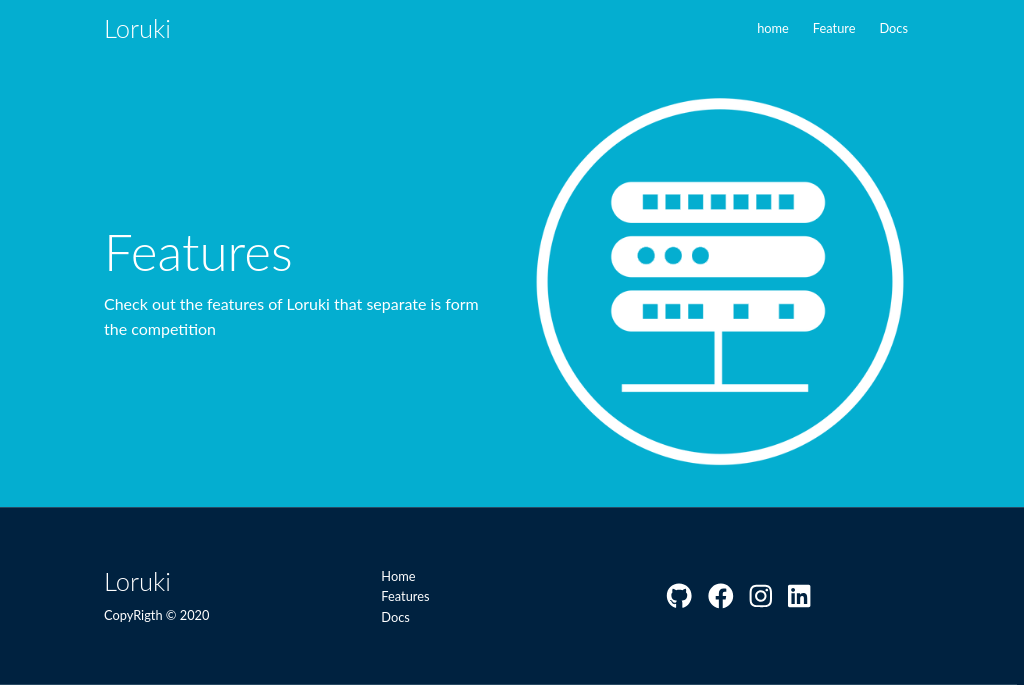
Repository: MosiurRrahman/loruki-app-reactjs
Page: /feature
These files come from the project's save history. The page is drawn as it stood at one moment and after the next save; the edit follows.
The browser window is 1280 px wide. The pictures show the whole page, at 80% of full size.
The project was rebuilt for these pictures with package versions that can differ from the ones it lists, and the page was loaded fresh each time. Also part of the build but not shown: src/components/pages/home/Cli.js, src/components/pages/home/Cloud.js, src/components/pages/home/Languages.js, src/components/pages/home/ShowcaseForm.js, src/components/pages/home/ShowCase.js, src/components/pages/home/Status.js, src/components/pages/home/HomePage.js, src/components/layouts/Main.jsx.

Above is the page before, as saved 2021-10-06 12:05:48.

### src/index.js
import React from 'react';
import ReactDOM from 'react-dom';
import { BrowserRouter, Route, Switch } from 'react-router-dom';
import Layout from './components/app';
import defaultLayout from './components/layouts/Main';
import feature from './components/pages/feature/Feature';
import './index.css';
// import './utilities';






class Root extends React.Component{
  render(){
    return(
      <BrowserRouter basename = {"/"} >
      <Switch>
        <Route exact path = "/home" component={defaultLayout} />
      <Layout>
          <Route path='/feature' component={feature}></Route>
      </Layout>
      </Switch>
      </BrowserRouter>
    );
  }
}




ReactDOM.render(
  <React.StrictMode>
    <Root />
  </React.StrictMode>,
  document.getElementById('root')
);

### src/components/app.jsx
import { Component } from "react";
import Footer from "./common/Footer";
import Header from "./common/Header";

class Layout extends Component {
  render() {
    return (
      <>
        <Header />
        {this.props.children}
        <Footer />
      </>
    );
  }
}
export default Layout;

### src/components/pages/feature/Feature.js
import React, { Component } from 'react';
import Head from './Head';

class Feature extends Component {
    render() {
        return (
            <>
             <Head/>
            </>
        );
    }
}

export default Feature;

### src/index.css
/* all css imported */

@import url("./assets/css/main");
@import url("./assets/css/utilities");

### src/components/common/Footer.jsx
import {
  faFacebook,
  faGithub,
  faInstagram,
  faLinkedin,
} from "@fortawesome/free-brands-svg-icons";
import { FontAwesomeIcon } from "@fortawesome/react-fontawesome";
import { Component } from "react";

class Footer extends Component {
  render() {
    return (
      <>
        <footer className="footer bg-dark py-5">
          <div className="container grid grid-3">
            <div>
              <h1>Loruki</h1>
              <p>CopyRigth &copy; 2020</p>
            </div>
            <nav>
              <ul>
                <li>
                  <a href="index.html">Home</a>
                </li>
                <li>
                  <a href="feature.html">Features</a>
                </li>
                <li>
                  <a href="docs.html">Docs</a>
                </li>
              </ul>
            </nav>
            <div className="social">
              <a href="/home">
                <li className="fa-2x">
                  <FontAwesomeIcon icon={faGithub} />
                </li>
              </a>
              <a href="/home">
                <li className="fa-2x">
                  <FontAwesomeIcon icon={faFacebook} />
                </li>
              </a>
              <a href="/home">
                <li className="fa-2x">
                  <FontAwesomeIcon icon={faInstagram} />
                </li>
              </a>
              <a href="/home">
                <li className=" fa-2x">
                  <FontAwesomeIcon icon={faLinkedin} />
                </li>
              </a>
            </div>
          </div>
        </footer>
      </>
    );
  }
}
export default Footer;

### src/components/common/Header.jsx
import { Component } from "react";
import { Link } from "react-router-dom";

class Header extends Component {
  render() {
    return (
      <>
        <div className="navbar">
          <div className="container flex">
            <h1 className="logo">Loruki</h1>
            <nav>
              <ul>
                <li>
                  {/* <a href="index.html">Home</a> */}
                  <Link to="/home">home</Link>
                </li>
                <li>
                  <Link to="/feature">Feature</Link>
                </li>
                <li>
                  <a href="docs.html">Docs</a>
                </li>
              </ul>
            </nav>
          </div>
        </div>
      </>
    );
  }
}
export default Header;

### src/components/pages/feature/Head.js
import React, { Component } from "react";
import IMAGES from '../../../assets/images/images';
console.log(IMAGES);

class Head extends Component {
  render() {
    return (
      <>
        <section className="features-head bg-primary py-3">
          <div className="container grid">
            <div>
              <h1 className="xl">Features</h1>
              <p className="lead">
                Check out the features of Loruki that separate is form the
                competition
              </p>
            </div>
            <img src={IMAGES.server}alt="" />
          </div>
        </section>
      </>
    );
  }
}

export default Head;

### src/assets/css/main.css
:root {
  --primary-color: #04aed0;
  --secondry-color: #04a1c0;
  --dark-color: #002240;
  --light-color: #f4f4ff;
  --success-color: #5cb85c;
  --error-color: #d9534f;
}

* {
  box-sizing: border-box;
  margin: 0;
  padding: 0;
}

body {
  font-family: "lato", sans-serif;
  color: #333333;
  line-height: 1.6;
}

ul {
  list-style-type: none;
}

a {
  text-decoration: none;
  color: #333333;
}

h1,
h2 {
  font-weight: 300;
  line-height: 1.2;
  margin: 10px 0;
}

p {
  margin: 10px 0;
}

img {
  width: 100%;
}

code,
pre {
  background: #333;
  color: #fff;
  padding: 10px;
}

.hidden {
  visibility: hidden;
  height: 0;
}

/* === navbar style === */

.navbar {
  background-color: var(--primary-color);
  color: #ffffff;
  height: 70px;
}

.navbar .flex {
  justify-content: space-between;
}

.navbar ul {
  display: flex;
}

.navbar ul a {
  padding: 10px;
  margin: 0 5px;
  color: #fff;
  transition: 0.3s;
}

.navbar ul a:hover {
  border-bottom: 2px solid #fff;
}

/* === Showcase style === */

.showcase {
  height: 400px;
  background-color: var(--primary-color);
  color: #fff;
  position: relative;
}

.showcase h1 {
  font-size: 40px;
}

.showcase p {
  margin: 20px 0;
}

.showcase .grid {
  overflow: visible;
  grid-template-columns: 55% 45%;
  gap: 30px;
}

body {
  overflow-x: hidden;
}

.showcase-form {
  position: relative;
  top: 60px;
  height: 350px;
  max-width: 400px;
  padding: 40px;
  z-index: 100;
  animation: slideInFromRight 1s ease-in;
}

.showcase-text {
  animation: slideInFromLeft 1s ease-in;
}

.showcase .form-control {
  margin: 30px 0;
}

.showcase input[type="text"],
.showcase input[type="email"] {
  border: 0;
  border-bottom: 1px solid #b4becb;
  width: 100%;
  padding: 3px;
  font-size: 16px;
}

.showcase-form input:focus {
  outline: none;
}

.showcase::before,
.showcase::after {
  content: "";
  position: absolute;
  height: 100px;
  background: #fff;
  left: 0;
  bottom: -60px;
  right: 0;
  transform: skewY(-3deg);
  --webkit-transform: skewY(-3deg);
  --moz-transform: skewY(-3deg);
  --ms-transform: skewY(-3deg);
}

/* ===stats=== */

.stats {
  padding-top: 100px;
  animation: slideInFromBottom 1s ease-in;
}

.stats-heading {
  max-width: 500px;
  margin: auto;
}

.stats .grid h3 {
  font-size: 35px;
}

.stats .grid p {
  font-size: 20px;
  font-weight: bold;
}

/* cli */

.cli .grid {
  grid-template-columns: repeat(3, 1fr);
  grid-template-rows: repeat(2, 1fr);
}

.cli .grid > *:first-child {
  grid-column: 1 / span 2;
  grid-row: 1 / span 2;
}

/* Cloud */

.cloud .grid {
  grid-template-columns: repeat(4fr, 1fr);
}

/* languages */

.languages .flex {
  flex-wrap: wrap;
}

.languages .card {
  text-align: center;
  margin: 18px 10px 40px;
  transition: 0.3s;
}

.languages .card:hover {
  transform: translateY(-15px);
  color: var(--primary-color);
}

.languages .card h4 {
  font-size: 20px;
  margin-bottom: 10px;
}

/* Feature section */

.freatures-head img,
.docs-head img {
  width: 200px;
  justify-self: center;
}

.freatures-sub-head img {
  width: 300px;
  justify-self: flex-end;
}

/* feature main */

.freatures-main .card > i {
  margin-right: 20px;
}

.freatures-main .grid {
  padding: 30px;
}

.freatures-main .grid > *:first-child {
  grid-column: 1 / span 3;
}

.freatures-main .grid > *:nth-child(2) {
  grid-column: 1 / span 2;
}

.freatures-main .grid > *:nth-child(2) {
  justify-content: start;
}

/* dosc */

.docs-main h3 {
  margin: 20px 0;
}

.docs-main .grid {
  grid-template-columns: 1fr 2fr;
  align-items: flex-start;
}

.docs-main nav li {
  font-size: 20px;
  padding-bottom: 5px;
  margin-bottom: 5px;
  border-bottom: 1px solid #ccc;
}

.docs-main nav a:hover {
  color: var(--primary-color);
  font-weight: bold;
}

/* Footer */
.footer .social {
  display: flex;
}
.footer .social a {
  margin: 0 10px;
}

.footer .social a li {
  list-style-type: none;
  transition: 0.3s;
}

.footer .social a li:hover {
  transform: translateY(-5px);
  color: var(--primary-color);
}

/* Animation */

@keyframes slideInFromLeft {
  0% {
    transform: translateX(-100%);
  }
  100% {
    transform: translateX(0);
  }
}

@keyframes slideInFromRight {
  0% {
    transform: translateX(70%);
  }
  100% {
    transform: translateX(0);
  }
}

@keyframes slideInFromTop {
  0% {
    transform: translateY(-100%);
  }
  100% {
    transform: translateX(0);
  }
}

@keyframes slideInFromBottom {
  0% {
    transform: translateY(100%);
  }
  100% {
    transform: translateX(0);
  }
}

/* ===responsive css ===*/

/* Tablets and under */

@media screen and (max-width: 768px) {
  .grid,
  .showcase .grid,
  .stats .grid,
  .cli .grid,
  .cloud .grid,
  .freature-main .grid,
  .docs-main .grid {
    grid-template-columns: 1fr;
    grid-template-rows: 1fr;
  }
  .showcase {
    height: auto;
  }
  .showcase-text {
    text-align: center;
    margin-top: 40px;
    animation: slideInFromTop 1s ease-in;
  }
  .showcase-form {
    justify-self: center;
    margin: auto;
    animation: slideInFromBottom 1s ease-in;
  }
  .cli .grid > *:first-child {
    grid-column: 1;
    grid-row: 1;
  }
  .freatures-head,
  .freatures-sub-head,
  .docs-head {
    text-align: center;
  }
  .freatures-head img,
  .freatures-sub-head img,
  .docs-head img {
    justify-self: center;
  }
  .freatures-main .grid > *:first-child,
  .freatures-main .grid > *:nth-child(2) {
    grid-column: 1;
  }
  .grid-3 {
    grid-template-columns: 1fr;
    grid-template-rows: 1fr;
  }
}

/* Mobile */

@media (max-width: 500px) {
  .navbar {
    height: 110px;
  }
  .navbar .flex {
    flex-direction: column;
  }
  .navbar ul {
    padding: 10px;
    background: rgba(0, 0, 0, 0.1);
  }
}

/* ===responsive css end ===*/

/* === utlities === */

.container {
  max-width: 1100px;
  margin: 0 auto;
  overflow: auto;
  padding: 0 40px;
}

.card {
  background-color: #fff;
  color: #333;
  border-radius: 10px;
  box-shadow: 0 3px 10px rgba(0, 0, 0, 0.2);
  padding: 20px;
  margin: 10px;
}

.card p {
  padding-left: 20px;
}

.btn {
  display: inline-block;
  padding: 10px 30px;
  cursor: pointer;
  background: var(--primary-color);
  color: #fff;
  border: none;
  border-radius: 5px;
  transition: 0.3s;
}

.btn-outline {
  background-color: transparent;
  border: 1px solid #ffffff;
}

.btn:hover {
  transform: translate(5px);
}

/* background and colored buttons */

.btn-primary,
.bg-primary {
  background-color: var(--primary-color);
  color: #ffffff;
}

.btn-secondry,
.bg-secondry {
  background-color: var(--secondry-color);
  color: #ffffff;
}

.btn-dark,
.bg-dark {
  background-color: var(--dark-color);
  color: #ffffff;
}

.btn-light,
.bg-light {
  background-color: var(--light-color);
  color: #333;
}

.btn-primary a,
.bg-primary a,
.btn-secondry a,
.bg-secondry a,
.btn-dark a,
.bg-dark a {
  color: #fff;
}

/* text sizes */

.lead {
  font-size: 20px;
}

.sm {
  font-size: 1rem;
}

.md {
  font-size: 2rem;
}

.lg {
  font-size: 3rem;
}

.xl {
  font-size: 4rem;
}

.text-center {
  text-align: center;
}

.flex {
  display: flex;
  justify-items: center;
  align-items: center;
  height: 100%;
}

.grid {
  display: grid;
  grid-template-columns: repeat(2, 1fr);
  gap: 20px;
  justify-content: center;
  align-items: center;
  height: 100%;
}

.grid-3 {
  grid-template-columns: repeat(3, 1fr);
}

/* alart */

.alert {
  background-color: var(--light-color);
  padding: 10px 20px;
  font-weight: bold;
  margin: 15px 0;
}

.alert i {
  margin-right: 10px;
}

.alert-success {
  background-color: var(--success-color);
  color: #fff;
}

.alert-error {
  background-color: var(--errer-color);
  color: #fff;
}

/* Margin */

.my-1 {
  margin: 1rem 0;
}

.my-2 {
  margin: 1.5rem 0;
}

.my-3 {
  margin: 2rem;
}

.my-4 {
  margin: 3rem 0;
}

.my-5 {
  margin: 4rem 0;
}

.m-1 {
  margin: 1rem;
}

.m-2 {
  margin: 1.5rem;
}

.m-3 {
  margin: 2rem;
}

.m-4 {
  margin: 3rem;
}

.m-5 {
  margin: 4rem;
}

/* padding */

.py-1 {
  padding: 1rem 0;
}

.py-2 {
  padding: 1.5rem 0;
}

.py-3 {
  padding: 2rem;
}

.py-4 {
  padding: 3rem 0;
}

.py-5 {
  padding: 4rem 0;
}

.p-1 {
  padding: 1rem;
}

.p-2 {
  padding: 1.5rem;
}

.p-3 {
  padding: 2rem;
}

.p-4 {
  padding: 3rem;
}

.p-5 {
  padding: 4rem;
}

### src/assets/images/images.js
const IMAGES = {
    nodeJs: require('./logos/node.png').default,
    csharp: require('./logos/csharp.png').default,
    ruby: require('./logos/ruby.png').default,
    php: require('./logos/php.png').default,
    python: require('./logos/python.png').default,
    scala: require('./logos/scala.png').default,
    clojure: require('./logos/clojure.png').default,
    server: require('./server.png').default,
    server2: require('./server2.png').default,
}
export default IMAGES;

### src/components/pages/feature/SubHead.js
import React, { Component } from "react";
import IMAGES from '../../../assets/images/images';

class SubHead extends Component {
  render() {
    return (
      <>
        <section className="features-sub-head bg-light py-3">
          <div className="container grid">
            <div>
              <h1 className="md">The Loruki Platform</h1>
              <p>
                Lorem ipsum dolor sit amet consectetur adipisicing elit. Quod ut
                quam delectus tempora aut quis ullam, vitae porro, commodi neque
                dicta unde nesciunt fugit enim aspernatur assumenda at inventore
                dolorum.
              </p>
            </div>
            <img src={IMAGES.server2} alt="" />
          </div>
        </section>
      </>
    );
  }
}

export default SubHead;

Loaded but not shown: public/index.html (common file); src/assets/css/utilities.css (no stored copy; drawn as an empty file)

After the next save:
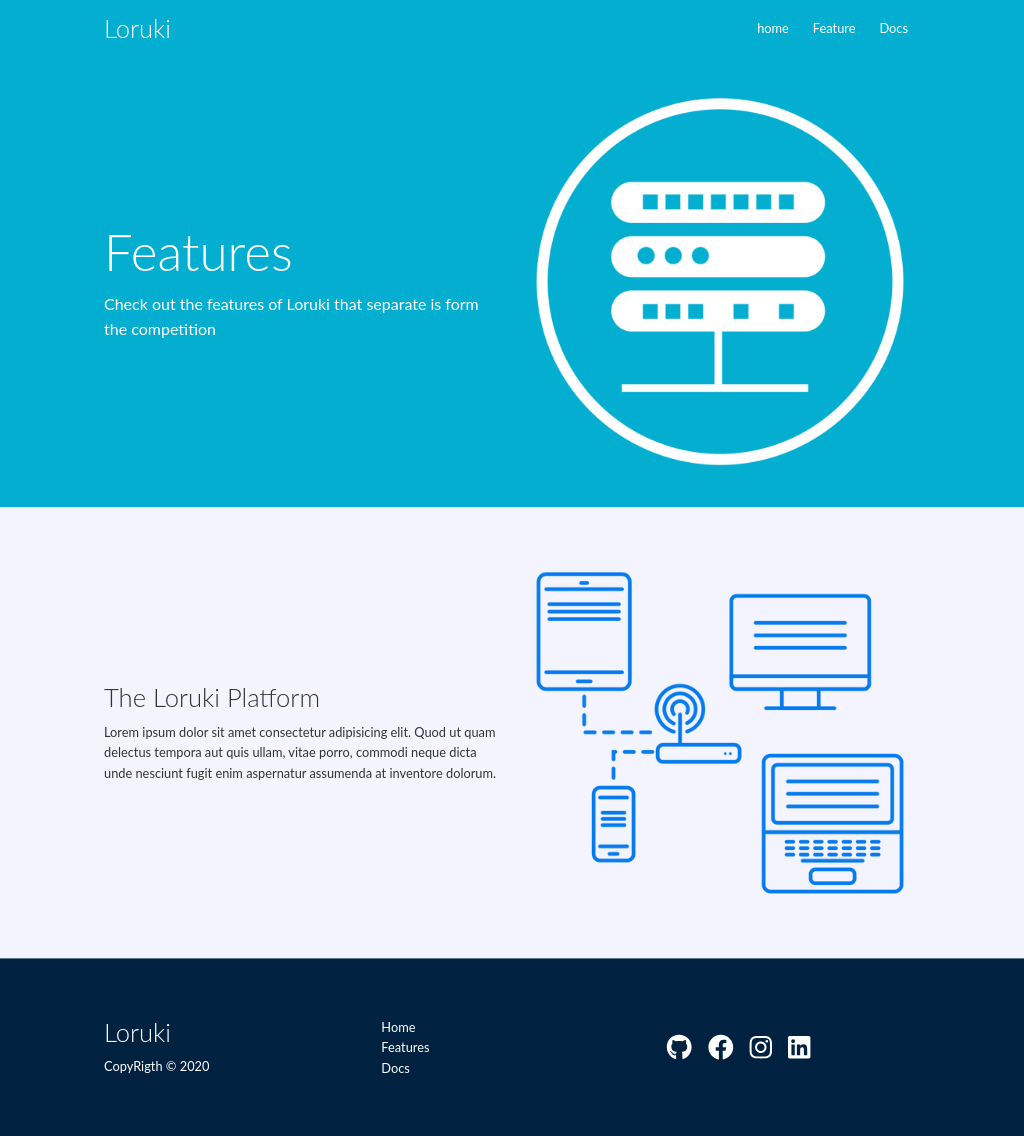
Saved 27 s later.
--- a/src/components/pages/feature/Feature.js
+++ b/src/components/pages/feature/Feature.js
@@ -1,11 +1,13 @@
 import React, { Component } from 'react';
 import Head from './Head';
+import SubHead from './SubHead';
 
 class Feature extends Component {
     render() {
         return (
             <>
              <Head/>
+             <SubHead/>
             </>
         );
     }
